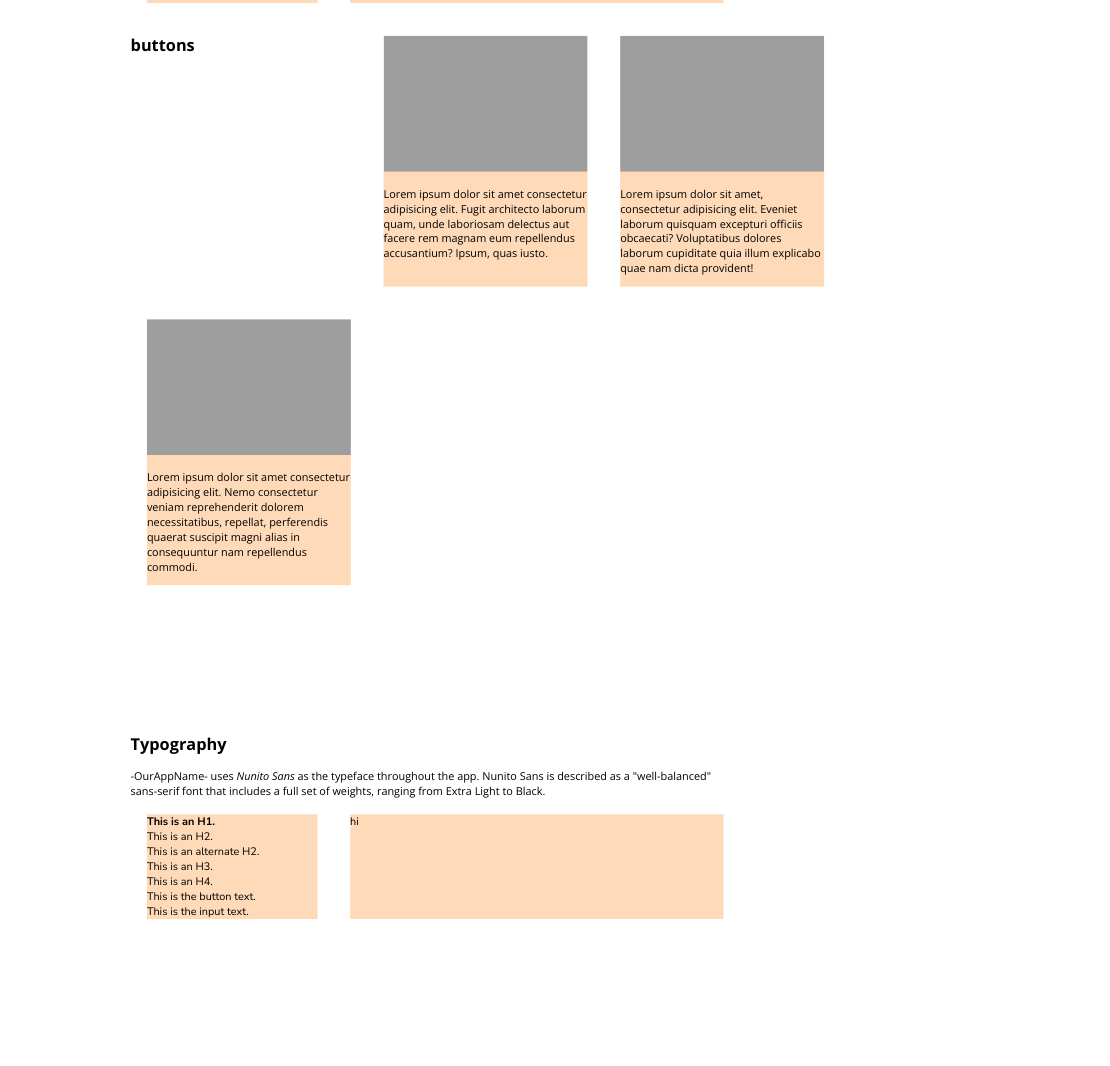
Repository: seohyun9672/Timearth-A6Styleguide
Page: page2.html
The author's editor kept a copy of each file at every save. The page is drawn from the files as they stood at one save, then again after a run of saves.
The browser window is 1280 px wide. The page is 1632 px wide, so the pictures cover 1632 px, including what lies to the right of the window. The pictures show the part of the page from y = 1179 to 2747 px (the page is 2747 px tall), at 68% of full size.
Pictures or frames that could not be fetched are drawn as grey boxes.

Above is the page before, as saved 2022-03-19 17:28:05.

### page2.html
<!DOCTYPE html>
<html lang="en">
  <head>
    <meta charset="UTF-8" />
    <meta http-equiv="X-UA-Compatible" content="IE=edge" />
    <meta name="viewport" content="width=device-width, initial-scale=1.0" />
    <title>Document</title>
    <link rel="stylesheet" href="stylesheet.css" />
  </head>

  <body>
    <ul class="navbar">
      <li><a href="/page1.html">App Name</a></li>
      <div class="navbar-active">
        <li><a href="/page1.html">Logo</a></li>
        <li><a href="/page2.html">Colour & Typography</a></li>
        <li><a href="/page3.html">Imagery & Graphics</a></li>
        <li><a href="/ref.html">Reference</a></li>
      </div>
    </ul>
    <section class="color-palette page2">
      <h1>Color Palette</h1>
      <img class="palette" src="https://placekitten.com/1440/100" />
      <div>
        <h2>Description of colour palette</h2>
        <p>
          Lorem ipsum dolor sit amet, consectetur adipisicing elit. Culpa neque
          mollitia quae asperiores ad odit vitae iste minima totam harum
          distinctio qui beatae ea ut et adipisci, excepturi at iusto
          reprehenderit reiciendis fugit fuga nisi. Eligendi ut magni adipisci
          nulla architecto reprehenderit? Nemo eos accusamus optio nobis
          distinctio veritatis eius.
        </p>
      </div>
      <div></div>
      <div class="col-2">
        <div class="col">
          <img src="https://placekitten.com/200/600" />
        </div>
        <div class="col">Lorem ipsum dolor sit amet consectetur adipisicing elit. Corrupti laudantium illo iure alias recusandae accusamus reiciendis consequatur aliquid sint veritatis modi dolores, eveniet porro tempore similique aspernatur. Quas, hic quo sed necessitatibus illum suscipit molestiae consequuntur sit provident nobis ullam repellat obcaecati ipsa quos in cumque mollitia eius ratione facilis ut libero laboriosam tempora eum sint! Nisi sapiente veritatis ad iure esse magni reprehenderit odio non perferendis, sed recusandae beatae corporis quasi ipsam assumenda unde!</div>
      </div>
      <div class="row col-3">
          <h2>buttons</h2>
        <div class="col">
          <img src="https://placekitten.com/300/200" />
          <p>
            Lorem ipsum dolor sit amet consectetur adipisicing elit. Fugit
            architecto laborum quam, unde laboriosam delectus aut facere rem
            magnam eum repellendus accusantium? Ipsum, quas iusto.
          </p>
        </div>
        <div class="col">
          <img src="https://placekitten.com/300/200" />
          <p>
            Lorem ipsum dolor sit amet, consectetur adipisicing elit. Eveniet
            laborum quisquam excepturi officiis obcaecati? Voluptatibus dolores
            laborum cupiditate quia illum explicabo quae nam dicta provident!
          </p>
        </div>
        <div class="col">
          <img src="https://placekitten.com/300/200" />
          <p>
            Lorem ipsum dolor sit amet consectetur adipisicing elit. Nemo
            consectetur veniam reprehenderit dolorem necessitatibus, repellat,
            perferendis quaerat suscipit magni alias in consequuntur nam
            repellendus commodi.
          </p>
        </div>
      </div>
    </section>
    <section class="typo page2">
      <h1>Typography</h1>
      <div>
        -OurAppName- uses <em>Nunito Sans</em> as the typeface throughout the
        app. Nunito Sans is described as a "well-balanced" sans-serif font that includes a full set of weights, ranging from Extra Light to Black.
      </div>
      <div class="col-2">
        <div class="col nunito">
            <div class="nh1">This is an H1.</div>

            <div class="nh2">This is an H2.</div>

            <div class="nh2-2">This is an alternate H2.</div>

            <div class="nh3">This is an H3.</div>

            <div class="nh4">This is an H4.</div>

            <div class="nbtn">This is the button text.</div>

            <div class="ninput">This is the input text.</div>
        </div>
        <div class="col nunito">hi</div>
      </div>
    </section>
  </body>
</html>

### stylesheet.css
/* import fonts */
@import url('https://fonts.googleapis.com/css2?family=Nunito+Sans:ital,wght@0,200;0,300;0,400;0,600;0,700;0,800;0,900;1,200;1,300;1,400;1,600;1,700;1,800;1,900&family=Open+Sans:ital,wght@0,300;0,400;0,500;0,600;0,700;0,800;1,300;1,400;1,500;1,600;1,700;1,800&display=swap');

body{
    margin: 0;
    font-family: 'open sans', san-serif;
  }

/* NAVBAR */

ul {
  list-style-type: none;
  margin: 0;
  padding: 0;
  overflow: hidden;
  background-color: #333;
}

li {
  float: left;
}

li a {
  display: block;
  color: white;
  text-align: center;
  padding: 14px 16px;
  text-decoration: none;
}

li a:hover {
  background-color: #111;
}

.navbar-active{
    float: right;
}

/* LOGO */

.section-logo {
    display: flex;
    flex-direction: column;
    justify-content: flex-start;
    align-items: center;
}

.logo-description {
    display: flex;
}
.logo-variation {
    display: flex;
    justify-content: space-evenly;
}

.logo-colourpalette {
    display: flex;
    width: 100%;
    justify-content: space-between;
}

.section-cont {
    width: 940px;
}
.colour-cont {
    display: flex;
    flex-direction: column;
}
.colour-name {
    font-weight: bold;
}

.logo-typography {
    display: flex;
}

.logo-usage {
    display: flex;
    flex-direction: column;
}

.logo-usage-desc {
    display: flex;
}

.section-cont colour {
    display: flex;
}

/* page 2 */
.page2 {
    margin:12em;
}
.col-3 {
    display:grid;
    grid-template-columns: 1fr 1fr 1fr;
}
.col-2 {
    display:grid;
    grid-template-columns: 1fr 2fr;
}
.col {
    background-color:peachpuff;
    margin:1.5em;
}
.nunito {
    font-family: 'nunito sans', Arial, Helvetica, sans-serif;
}
.nh1 {
    font-weight: bold;
}

After the next 2 saves:
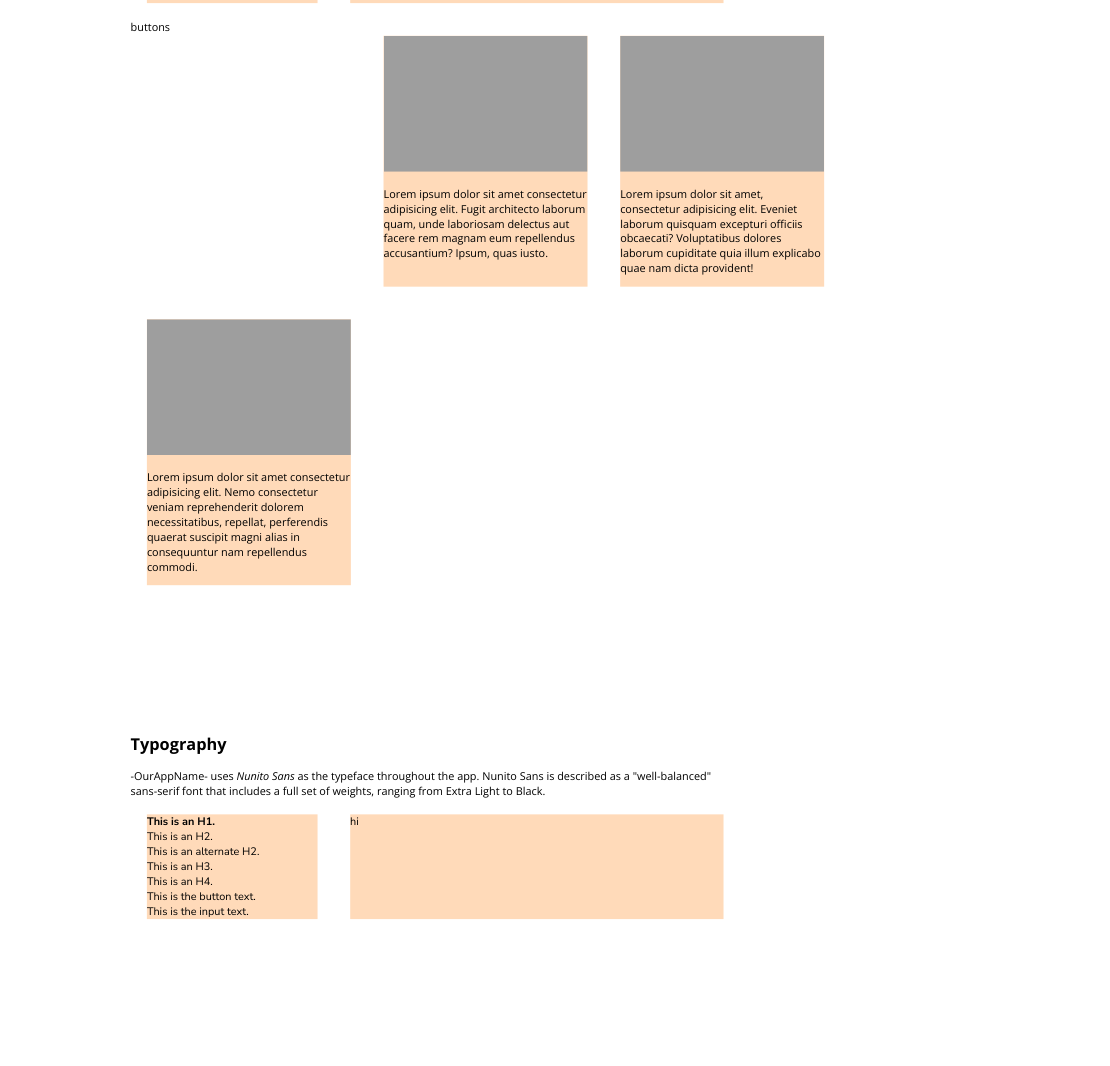
The 2 saves are shown as one change because they came seconds apart.
The last was saved 14 s later.
--- a/page2.html
+++ b/page2.html
@@ -39,8 +39,7 @@
         </div>
         <div class="col">Lorem ipsum dolor sit amet consectetur adipisicing elit. Corrupti laudantium illo iure alias recusandae accusamus reiciendis consequatur aliquid sint veritatis modi dolores, eveniet porro tempore similique aspernatur. Quas, hic quo sed necessitatibus illum suscipit molestiae consequuntur sit provident nobis ullam repellat obcaecati ipsa quos in cumque mollitia eius ratione facilis ut libero laboriosam tempora eum sint! Nisi sapiente veritatis ad iure esse magni reprehenderit odio non perferendis, sed recusandae beatae corporis quasi ipsam assumenda unde!</div>
       </div>
-      <div class="row col-3">
-          <h2>buttons</h2>
+      <div class="row col-3">buttons
         <div class="col">
           <img src="https://placekitten.com/300/200" />
           <p>
